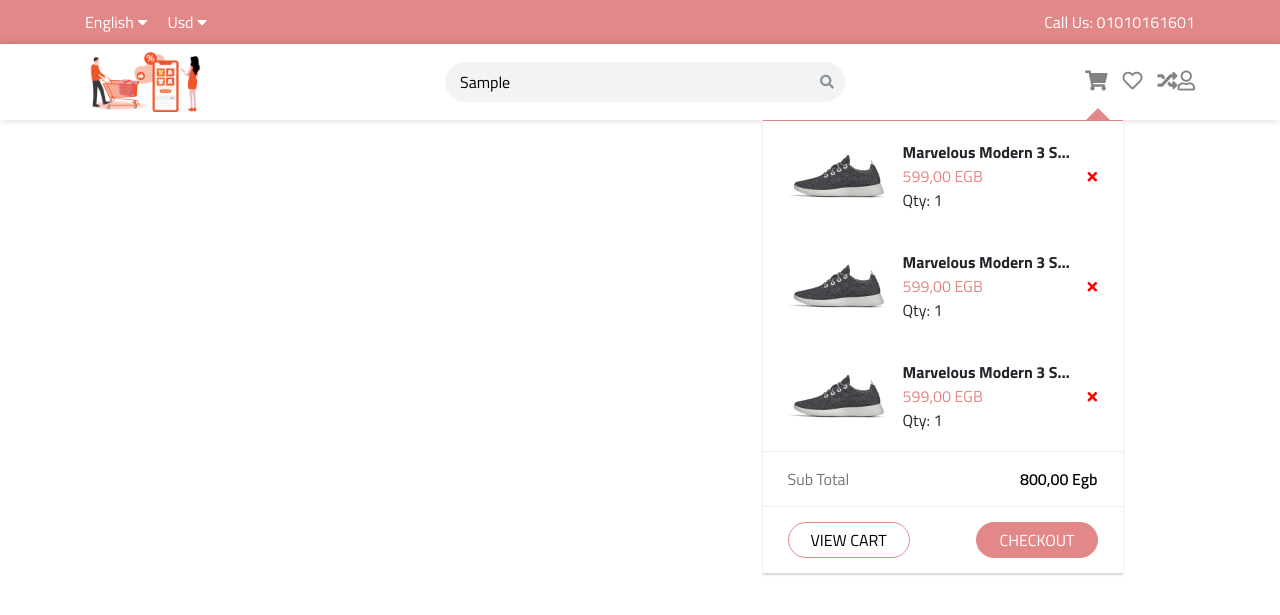
Repository: amrh20/ecommerce-temp
Page: src/index.html
An editor plug-in stored every save of this project. The page is shown before and after the next save, followed by the edit.
The browser window is 1280 px wide. The pictures show the whole page.
Empty fields were first filled with sample values (such as "Sample", 5 or name@example.com).
After loading, the first visible `div.shopping-cart` was clicked once.
The style sheet was rebuilt from its Sass, Less or Tailwind sources for each picture, by a compiler version that may differ from the author's.

Above is the page before, as saved 2020-01-19 11:29:32.

### src/index.html
<!DOCTYPE html>
<html lang="en" dir="ltr">

<head>
  <!-- Mobile specific metas===========================-->
  <meta charset="UTF-8">
  <meta name="viewport" content="width=device-width, initial-scale=1.0">
  <meta http-equiv="X-UA-Compatible" content="ie=edge">
  <!-- Basic page needs===========================-->
  <title>template</title>
  <!-- Favicon===========================-->
  <!-- <link rel="shortcut icon" type="image/x-icon" href="./images/fave-icon.png"> -->
  <!-- Css Base And Vendor ===========================-->
  <link rel="stylesheet" href="./vendors/bootstrap-4/css/bootstrap.min.css">
  <link rel="stylesheet" href="./vendors/fontawesome5.2/css/all.min.css">
  <link rel="stylesheet" href="./vendors/slickslider/slick.css">
  <!-- Site Style===========================-->
  <link rel="stylesheet" href="./styles/main.css">
  <!--[if lt IE 9]>
            <script src="https://oss.maxcdn.com/html5shiv/3.7.2/html5shiv.min.js"></script>
            <script src="https://oss.maxcdn.com/respond/1.4.2/respond.min.js"></script>
        <![endif]-->
</head>

<body>
  <div class="wrapper">
    <div class="body_overlay">
    <!-- start header -->
    <header>
      <div class="header">
        <!-- start top header -->
        <div class="top_header">
          <div class="container">
           <div class="top-header_content">
             <!-- dropdowns -->
            <div class="top_header-dropdowns">
              <!-- start language dropdown -->
              <div class="langauge-dropdown">
                <div class="top_header-dropdown-head">
                  <span>english</span>
                  <i class="fas fa-caret-down"></i>
                  <div class="top_header-dropdown-content">
                    <ul>
                      <li>english</li>
                      <li>french</li>
                    </ul>
                  </div>
                </div>

              </div><!-- end language dropdown -->

              <!-- start currency dropdown -->
              <div class="currency-dropdown">
                <div class="top_header-dropdown-head">
                  <span>usd</span>
                  <i class="fas fa-caret-down"></i>
                  <div class="top_header-dropdown-content">
                    <ul>
                      <li>egb</li>
                      <li>usd</li>
                    </ul>
                  </div>
                </div>

              </div><!-- end currency dropdown -->
            </div>
            <!-- contact -->
            <div class="top_header-contact">
              <p>Call Us: 01010161601</p>
            </div>

           </div>


          </div>
        </div><!-- end top header -->
        <!-- start middle haeder -->
        <div class="mid_header">
          <div class="container">
            <div class="mid_header-content">
              <!-- logo -->
              <div class="logo">
                <img src="./images/logo.png" alt="logo">
              </div>
              <!-- search -->
              <div class="search">
                <input type="text" placeholder="search">
                <i class="fas fa-search"></i>
              </div>
              <!-- icons -->
              <div class="icons">
                <div class="shopping-cart">
                  <div class="icon_head">
                    <i class="fas fa-shopping-cart"></i>
                  </div>

                  <div class="shopping-cart_content custom_content">
                    <div class="shopping-cart_details custom_details">
                      <div class="shopping-cart_row">
                        <div class="product_img">
                          <img src="./images/product-cart.png" alt="">
                        </div>
                        <div class="product_details">
                          <p class="product_name">Marvelous Modern 3 Seater</p>
                          <p class="product_price"> 599,00 <span>egb</span> </p>
                          <p>Qty: <span>1</span></p>
                        </div>
                        <div class="delete_product">
                          <i class="fa fa-times"></i>
                        </div>
                      </div>
                      <div class="shopping-cart_row">
                        <div class="product_img">
                          <img src="./images/product-cart.png" alt="">
                        </div>
                        <div class="product_details">
                          <p class="product_name">Marvelous Modern 3 Seater</p>
                          <p class="product_price"> 599,00 <span>egb</span> </p>
                          <p>Qty: <span>1</span></p>
                        </div>
                        <div class="delete_product">
                          <i class="fa fa-times"></i>
                        </div>
                      </div>
                        <div class="shopping-cart_row">
                        <div class="product_img">
                          <img src="./images/product-cart.png" alt="">
                        </div>
                        <div class="product_details">
                          <p class="product_name">Marvelous Modern 3 Seater</p>
                          <p class="product_price"> 599,00 <span>egb</span> </p>
                          <p>Qty: <span>1</span></p>
                        </div>
                        <div class="delete_product">
                          <i class="fa fa-times"></i>
                        </div>
                      </div>
                    </div>

                    <div class="custom-overlay">
                    </div>
                    <div class="total_price">
                      <span>sub total</span>
                      <span>800,00 egb</span>
                    </div>
                    <div class="cart_btns">
                      <button class="temp_button">view cart</button>
                      <button class="temp_button checkout_btn">checkout</button>
                    </div>
                  </div>

                </div>
                <div class="wishlist-view">
                  <div class="icon_head">
                    <i class="far fa-heart"></i>
                  </div>
                  <div class="wishlist-view_content custom_content">
                    <div class="wishlist-view_details custom_detaiLs">
                      kjsdgkl
                    </div>
                    <div class="custom-overlay">
                    </div>
                  </div>

                </div>
                <div class="icon">
                  <i class="fa fa-random"></i>
                </div>
               <div class="icon">
                <i class="far fa-user"></i>
               </div>

              </div>
            </div>
          </div>
        </div>
        <!-- end middle haeder -->
      </div>
    </header><!-- end header -->
    </div>
  </div>

  </div>
  <!--Scripts Plugins========================-->
  <script src="./vendors/jquery/jquery-3.3.1.min.js"></script>
  <script src="./vendors/bootstrap-4/js/bootstrap.min.js"></script>
  <!-- Custom js ====================-->
  <script src="scripts/app.js"></script>
</body>

</html>

### src/scripts/app.js
$( document ).ready(function() {
    $(".shopping-cart").click(function(){
        $(".shopping-cart_content").toggleClass("showcontent")
    })
    $(".wishlist-view").click(function(){
        $(".wishlist-view_content").toggleClass("showcontent")
    })
});


// var allButtons = document.querySelectorAll('.icon_head');
// console.log("Found", allButtons.length, "div which class starts with “button”.");

// for (var i = 0; i < allButtons.length; i++) {
//   allButtons[i].addEventListener('click', function() {
//     $(".shopping-cart_content").toggleClass("showcontent")
//   });
// }

### src/styles/main.scss
/* imports sass files
========================*/
@import "../styles/variables.scss";
@import "../styles/buttons.scss";
@import "../styles/forms.scss";
@import "../styles/header.scss";
@import "../styles/base.scss";
@import "../styles/general.scss";

### src/styles/variables.scss
/* our sass varaibles
========================*/
$main-color :#e38888;
$second-color :#222222;
$icons-color :#828282;
$white: #fff;
$black : #000;
$top-header-hover :#e5e5e5;

### src/styles/buttons.scss
@import "../styles/variables.scss";

/* Buttons
==================================*/

### src/styles/forms.scss
@import "../styles/variables.scss";

/* forms
==============================*/
.form-control {
  height: 5rem;
  border: 2px solid transparent;
  border-radius: 1rem;
  box-shadow: 0 4px 10px -2px rgba(126, 173, 225, .5);
  font-size: 1.6rem;
  transition: all .3s ease-in-out;
  padding-left: 15px;

  &:focus {
    outline: none;
    box-shadow: 0 4px 10px -2px rgba(126, 173, 225, .5);
  }

  &::-webkit-input-placeholder {
    color: #7e7e7e;
    text-transform: capitalize;
    font-size: 1.4rem;
  }

  &.remove-default::-webkit-inner-spin-button,
  &.remove-default::-webkit-outer-spin-button,
  &.remove-default,
  &[type=date]::-webkit-inner-spin-button,
  &[type=date]::-webkit-outer-spin-button {
    -webkit-appearance: none;
    -moz-appearance: none;
    margin: 0;
  }

  &.remove-default::-webkit-inner-spin-button,
  &.remove-default::-webkit-outer-spin-button,
  &.remove-default,
  &[type=date] {
    -moz-appearance: textfield;
  }

}

textarea {
  height: auto;
  resize: none;
  width: 100%;
  border: 2px solid transparent;
  border-radius: 1rem;
  box-shadow: 0 4px 10px -2px rgba(126, 173, 225, .5);
  font-size: 1.6rem;
  transition: all .3s ease-in-out;
  padding: 15px;

  &:focus {
    outline: none;
    box-shadow: 0 4px 10px -2px rgba(126, 173, 225, .5);
  }
}

/*check-radio-item*/
.zvendo-check-item {
  margin-bottom: 1.5rem;
  text-align: start;

  &:last-of-type label {
    margin-left: 0;
  }

  input[type="radio"],
  input[type="checkbox"] {
    display: none;
  }

  input[type="radio"]+label,
  input[type="checkbox"]+label {
    position: relative;
    display: block;
    margin-bottom: 0;
    font-size: 1.42rem;
    text-transform: capitalize;
    color: #333232;
    cursor: pointer;
    padding-inline-start: 4rem;
  }

  input[type="radio"]+label::before,
  input[type="checkbox"]+label::before {
    position: absolute;
    content: "";
    font-family: 'Font Awesome 5 Free';
    font-weight: 900;
    display: flex;
    align-items: center;
    justify-content: center;
    font-size: 2rem;
    width: 3rem;
    height: 3rem;
    top: .5rem;
    left: 0;
    background-color: transparent;
    border: 2px solid $main-color;
    border-radius: .9rem;

    [dir="rtl"] & {
      left: auto;
      right: 0;
    }
  }

  input[type="radio"]:checked+label,
  input[type="checkbox"]:checked+label {
    color: $main-color;
  }

  input[type="radio"]:checked+label::before,
  input[type="checkbox"]:checked+label::before {
    font-family: "Font Awesome 5 Free";
    content: "\f00c";
    background-color: transparent;
    color: $main-color;
  }
}

### src/styles/header.scss
@import "../styles/variables.scss";

.header {
  // start top header
  .top_header {
    background-color: $main-color;
    color: $white;
    padding: 10px 0;
    .top-header_content {
      display: flex;
      justify-content: space-between;
      .top_header-dropdowns {
        display: flex;
        .langauge-dropdown,
        .currency-dropdown {
          position: relative;
          .top_header-dropdown-head {
            cursor: pointer;
            width: fit-content;
            text-transform: capitalize;
            .top_header-dropdown-content {
              background-color: $white;
              position: absolute;
              top: 52px;
              box-shadow: 0 0 8px 0 rgba(0, 0, 0, 0.17);
              color: $black;
              min-width: 80px;
              text-transform: capitalize;
              opacity: 0;
              visibility: hidden;
              transition: all 0.3s ease-in-out;
              ul {
                li {
                  padding: 10px;
                  cursor: pointer;
                  &:first-of-type {
                    padding-bottom: 0;
                  }
                  &:hover {
                    color: $main-color;
                  }
                }
              }
            }
            &:hover {
              .top_header-dropdown-content {
                opacity: 1;
                visibility: visible;
                top: 32px;
              }
            }
          }
        }
        .langauge-dropdown {
          margin-right: 20px;
        }
      }
    }
  }
  // start middle header
  .mid_header {
    box-shadow: 0 0 8px 0 rgba(0, 0, 0, 0.17);
    padding: 8px 0;
    .mid_header-content {
      display: flex;
      align-items: center;
      justify-content: space-between;
      .logo {
        img {
          max-height: 60px;
        }
      }
      // search
      .search {
        position: relative;
        input {
          border: 1px solid #f1f3f5;
          border-radius: 20px;
          background: #f1f3f5;
          min-width: 400px;
          padding: 7px 14px;
        }
        i {
          position: absolute;
          right: 11px;
          font-size: 14px;
          top: 50%;
          transform: translateY(-50%);
          color: #8c9196;
        }
      }
      // icons
      .icons {
        display: flex;

        i {
          font-size: 20px;
          color: $icons-color;
          cursor: pointer;
        }
        // shopping cart view
        .shopping-cart {
          position: relative;
          margin-right: 15px;
          .shopping-cart_row {
            padding: 5px 25px;
            display: flex;
            min-width: 360px;
            align-items: center;
            &:first-of-type {
              border-top: 1px solid $main-color;
            }
            .product_img {
              img {
                max-height: 100px;
              }
            }
            .product_details {
              margin: 0 15px;
              .product_name {
                font-weight: 700;
                overflow: hidden;
                text-overflow: ellipsis;
                white-space: nowrap;
                max-width: 170px;
              }
              .product_price {
                text-transform: uppercase;
                color: $main-color;
              }
            }
            .delete_product {
              i {
                color: red;
                font-size: 14px;
              }
            }
          }

          .total_price {
            display: flex;
            justify-content: space-between;
            padding: 15px 25px;
            text-transform: capitalize;
            border-top: 1px solid #eee;
            border-bottom: 1px solid #eee;
            span {
              &:first-of-type {
                color: #757575;
              }
              &:nth-of-type(2) {
                color: #010101;
                font-weight: 600;
              }
            }
          }
          .cart_btns {
            display: flex;
            justify-content: space-between;
            padding: 15px 25px;
            .checkout_btn {
                background-color: $main-color;
                color: $white;
                &:hover {
                    color: $main-color;
                    background-color: $white;
                }
            }
          }
        }

        // wishlist veiw
        .wishlist-view {
          margin-right: 15px;
          position: relative;
        }
      }
    }
  }
  // custom views
  .custom-overlay {
    border-color: #e38888 transparent;
    border-style: solid;
    border-width: 0 12px 12px;
    height: 0;
    width: 0;
    top: -12px;
    right: 13px;
    position: absolute;
  }
  .custom_content {
    transition: all 0.3s ease-in-out;
    position: absolute;
    top: 20px;
    right: -15px;
    transition: all 0.3s ease;
    opacity: 0;
    visibility: hidden;
    box-shadow: 0 2px 2px rgba(0, 0, 0, 0.17);
    background-color: $white;
    .custom_details {
        max-height: 350px;
        overflow: auto;
    }
    &.showcontent {
      opacity: 1;
      visibility: visible;
      top: 50px;
    }
  }
}

### src/styles/base.scss
@import "../styles/variables.scss";

/* General elements
======================*/
*,p {
  margin: 0;
  padding: 0;
}
*,
*:focus {
  outline: none !important;
}

.highlightClass {
  color: $main-color;
}
/*import fonts
========================*/
@import url('https://fonts.googleapis.com/css?family=Ubuntu:400,700');

@font-face {
  font-family: Cairo;
  font-style: normal;
  src: local('Cairo Regular'), local('Cairo-Regular'), url("../fonts/Cairo/Cairo-Regular.ttf");
  font-display: swap;
  font-weight: 400;
}
@font-face {
  font-family: Cairo;
  font-style: normal;
  src: local('Cairo Cairo-SemiBold'), local('Cairo-Cairo-SemiBold'), url("../fonts/Cairo/Cairo-SemiBold.ttf");
  font-display: swap;
  font-weight: 600;
}
@font-face {
  font-family: Cairo;
  font-style: normal;
  src: local('Cairo Bold'), local('Cairo-Bold'), url("../fonts/Cairo/Cairo-Bold.ttf");
  font-display: swap;
  font-weight: 700;
}
/*body-layout
========================*/
html {
  font-size: 62.5%;
  overflow-x: hidden;
}
body {
  font-family: 'Cairo',  sans-serif;
  font-size: 1.6rem;

  [dir=rtl] & {
    direction: rtl;
    text-align: right;
  }
}

.wrapper {
  position: relative;
  width: 100%;
}
/* Links
==================*/
a {
  color: inherit;
  &:hover,
  &:focus {
    text-decoration: none;
    transition: all .3s ease-in-out;
    color: inherit;
  }
}
/* Images
============================*/
img {
  // display: block;
  max-width: 100%;
  height: auto;
}

// list items
ul {
  list-style: none;
  margin: 0;
}

/* inputs
============================*/

### src/styles/general.scss
@import "../styles/variables.scss";


// buttons
.temp_button {
    color: $black;
    padding: 5px 22px;
    border-radius: 18px;
    vertical-align: top;
    display: inline-block;
    background: transparent;
    border: 1px solid $main-color;
    text-transform: uppercase;
    cursor: pointer;
    transition: all .3s ease-in-out;
    &:hover {
        background-color: $main-color;
        color: $white;
    }
}

Loaded but not shown: src/vendors/bootstrap-4/css/bootstrap.min.css (library); src/vendors/fontawesome5.2/css/all.min.css (library); src/vendors/slickslider/slick.css (common file); src/vendors/jquery/jquery-3.3.1.min.js (library); src/vendors/bootstrap-4/js/bootstrap.min.js (library)

After the next save:
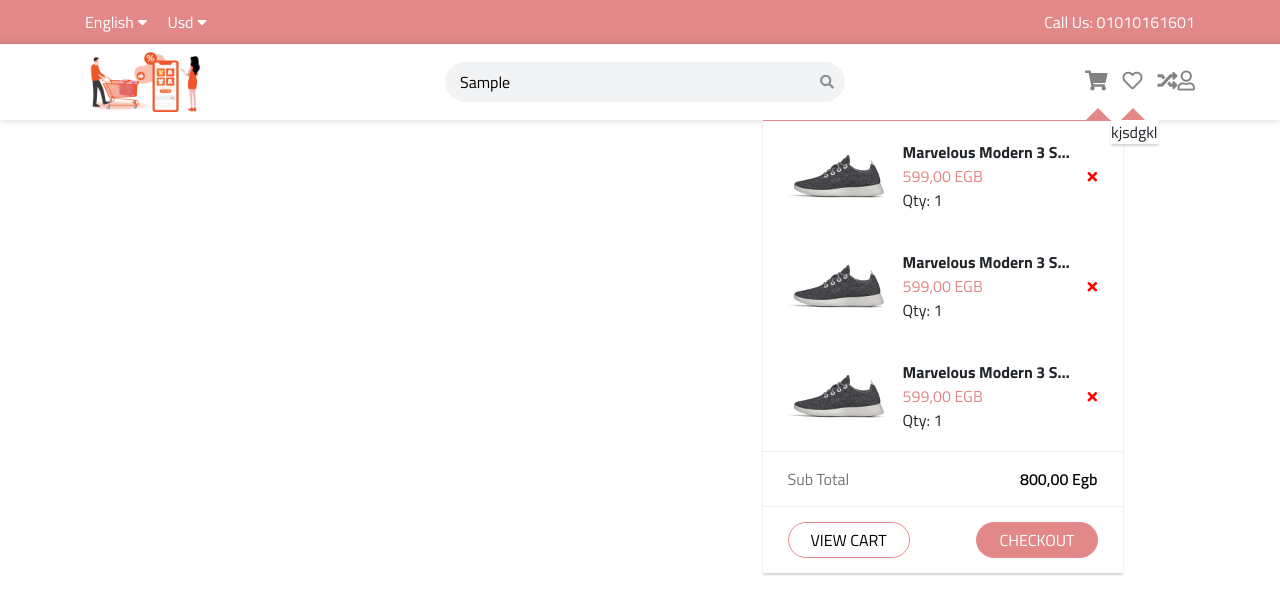
Saved 28 s later.
--- a/src/scripts/app.js
+++ b/src/scripts/app.js
@@ -1,9 +1,11 @@
 $( document ).ready(function() {
     $(".shopping-cart").click(function(){
-        $(".shopping-cart_content").toggleClass("showcontent")
+        $(".shopping-cart_content").toggleClass("showcontent");
+        $(".wishlist-view_content").toggleClass("showcontent")
     })
     $(".wishlist-view").click(function(){
-        $(".wishlist-view_content").toggleClass("showcontent")
+        $(".wishlist-view_content").toggleClass("showcontent");
+        $(".shopping-cart_content").toggleClass("showcontent");
     })
 });
 

After the save that followed:
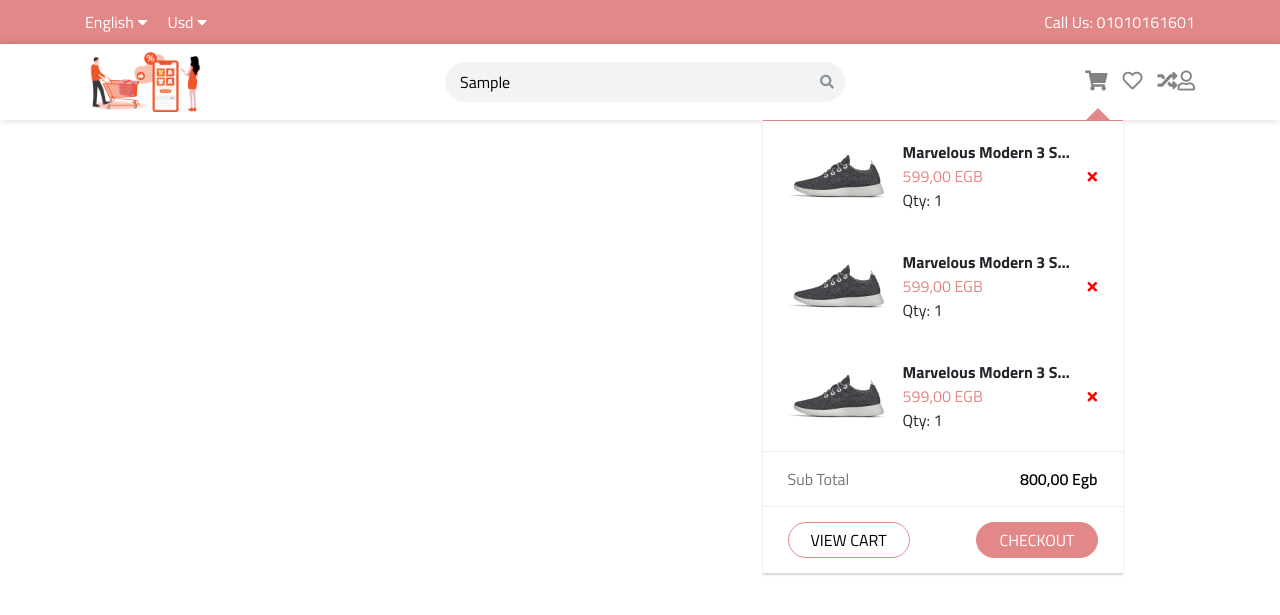
Saved 8 s later.
--- a/src/scripts/app.js
+++ b/src/scripts/app.js
@@ -1,11 +1,10 @@
 $( document ).ready(function() {
     $(".shopping-cart").click(function(){
         $(".shopping-cart_content").toggleClass("showcontent");
-        $(".wishlist-view_content").toggleClass("showcontent")
+
     })
     $(".wishlist-view").click(function(){
-        $(".wishlist-view_content").toggleClass("showcontent");
-        $(".shopping-cart_content").toggleClass("showcontent");
+        $(".wishlist-view_content").toggleClass("showcontent")
     })
 });
 
